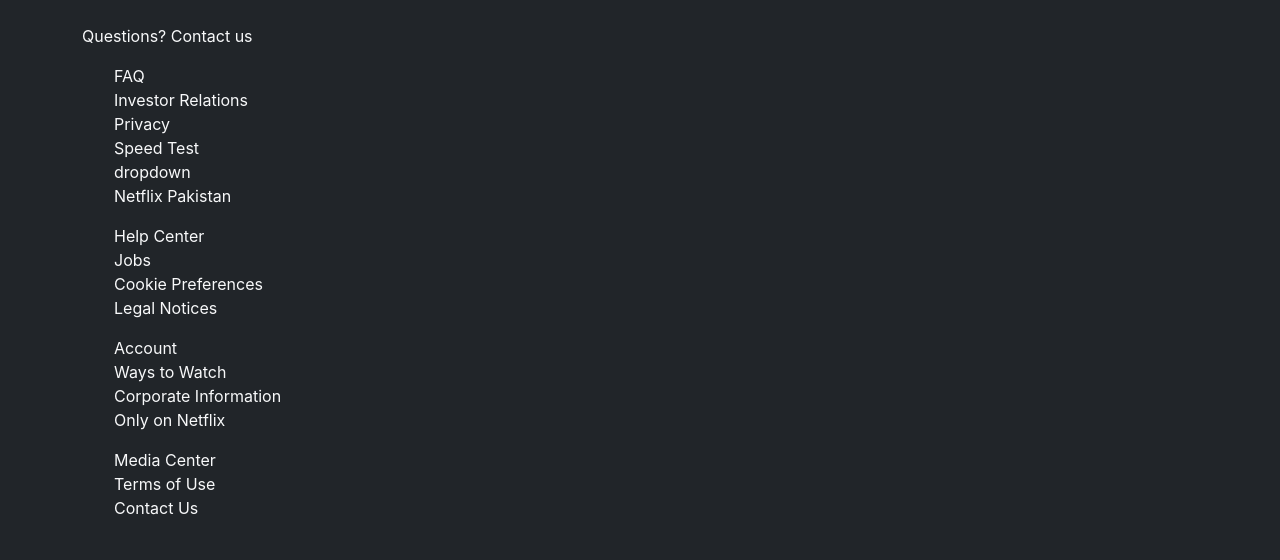
Repository: WajihaGul/Netflix-Clone
Page: /
An editor plug-in stored every save of this project. The page is shown before and after the next save, followed by the edit.
The browser window is 1280 px wide. The pictures show the part of the page from y = 621 to 1181 px (the page is 1181 px tall).
The project was rebuilt for these pictures with package versions that can differ from the ones it lists, and the page was loaded fresh each time. Also part of the build but not shown: src/App.css, src/Components/Navbar/Navbar.jsx.

Above is the page before, as saved 2024-05-24 14:28:25.

### public/index.html
<!DOCTYPE html>
<html lang="en">
  <head>
    <meta charset="utf-8" />
    <link rel="icon" href="https://encrypted-tbn0.gstatic.com/images?q=tbn:ANd9GcSJd82jZdXs8Uj9CX3mJFuRF27MZB7q_34xAg&s" />
    <meta name="viewport" content="width=device-width, initial-scale=1" />
    <meta name="theme-color" content="#000000" />
    <meta
      name="description"
      content="Web site created using create-react-app"
    />
    <link rel="apple-touch-icon" href="%PUBLIC_URL%/logo192.png" />
    <!--
      manifest.json provides metadata used when your web app is installed on a
      user's mobile device or desktop. See https://developers.google.com/web/fundamentals/web-app-manifest/
    -->
    <link rel="manifest" href="%PUBLIC_URL%/manifest.json" />
    <!--
      Notice the use of %PUBLIC_URL% in the tags above.
      It will be replaced with the URL of the `public` folder during the build.
      Only files inside the `public` folder can be referenced from the HTML.

      Unlike "/favicon.ico" or "favicon.ico", "%PUBLIC_URL%/favicon.ico" will
      work correctly both with client-side routing and a non-root public URL.
      Learn how to configure a non-root public URL by running `npm run build`.
    -->
    <title>Netflix- Watch TV Shows Online, Watch Movies Online</title>
  </head>
  <body>
    <noscript>You need to enable JavaScript to run this app.</noscript>
    <div id="root"></div>
    <!--
      This HTML file is a template.
      If you open it directly in the browser, you will see an empty page.

      You can add webfonts, meta tags, or analytics to this file.
      The build step will place the bundled scripts into the <body> tag.

      To begin the development, run `npm start` or `yarn start`.
      To create a production bundle, use `npm run build` or `yarn build`.
    -->
  </body>
</html>

### src/index.js
import "bootstrap/dist/css/bootstrap.min.css";
import React from "react";
import ReactDOM from "react-dom/client";
import "./index.css";
import App from "./App";
import reportWebVitals from "./reportWebVitals";

const root = ReactDOM.createRoot(document.getElementById("root"));
root.render(
  <React.StrictMode>
    <App />
  </React.StrictMode>
);

// If you want to start measuring performance in your app, pass a function
// to log results (for example: reportWebVitals(console.log))
// or send to an analytics endpoint. Learn more: https://bit.ly/CRA-vitals
reportWebVitals();

### src/App.js
import "./App.css";
import Footer from "./Components/Footer/Footer";
import Navbar from "./Components/Navbar/Navbar";
import SignupHere from "./Components/SignupHere/SignupHere";

function App() {
  return (
    <>
      <SignupHere />
      <Footer />
    </>
  );
}

export default App;

### src/Components/Footer/Footer.jsx
import React from "react";
import styles from "./Footer.module.css";
const Footer = () => {
  return (
    <footer className="bg-dark text-light py-4">
      <div className="container">
        <div className="row">
          <div className={styles.FooterHere}>
            <div className="col-lg-12">
              <p>Questions? Contact us </p>
              <ul>
                <li>FAQ</li>
                <li>Investor Relations</li>
                <li>Privacy</li>
                <li>Speed Test</li>
                dropdown
                <li>Netflix Pakistan</li>
              </ul>
            </div>

            <div className="col-lg-12">
              <ul>
                <li>Help Center</li>
                <li>Jobs</li>
                <li>Cookie Preferences</li>
                <li>Legal Notices</li>
              </ul>
            </div>

            <div className="col-lg-12 ">
              <ul>
                <li>Account</li>
                <li>Ways to Watch</li>
                <li>Corporate Information</li>
                <li>Only on Netflix</li>
              </ul>
            </div>

            <div className="col-lg-12 ">
              <ul>
                <li>Media Center</li>
                <li>Terms of Use</li>
                <li>Contact Us</li>
              </ul>
            </div>
          </div>
        </div>
      </div>
    </footer>
  );
};

export default Footer;

### src/Components/SignupHere/SignupHere.jsx
import styles from "./SignupHere.module.css";

const SignupHere = () => {
  return (
    <>
      <div className={styles.imgContainer}>
        <div className={`expand-lg bg-body-tertiary ${styles.navcontainer} `}>
          <h1>NETFLIX</h1>
          className={`expand-lg bg-body-tertiary ${styles.navcontainer} `}
          <div className="container-fluid">
            <a className={styles.brand} href="#">
              <span className={styles.navstyle}>NETFLIX</span>
            </a>

            <button className={styles.navbtn} type="submit">
              Sign in
            </button>
          </div>
          <div className={styles.SignupTextDiv}>
            <h1 className={styles.SignupText}>
              Unlimited movies, TV shows, and more
            </h1>
            <p className={styles.SignupText}>Watch anywhere. Cancel anytime.</p>
            <p className={styles.SignupText}>
              Ready to watch? Enter your email to create or restart your
              membership
            </p>
            <div>
              <input
                className={styles.SignupForm}
                type="email"
                id="email"
                name="email"
                placeholder="Enter your email"
                required
              />
              <button className={styles.SignUpBtn}>Get Started</button>
            </div>
          </div>
        </div>
      </div>
    </>
  );
};

export default SignupHere;

### src/Components/Footer/Footer.module.css
ul{
    list-style: none;
}
.FooterHere{

}

.container{
    display: flex;
    flex-direction: row;
}

### src/Components/SignupHere/SignupHere.module.css
.imgContainer{
    margin-top: -79px;
    height: 700px;
    width: 100%;
    background-image: url(https://assets.nflxext.com/ffe/siteui/vlv3/a99688ca-33c3-4099-9baa-07a2e2acb398/0279102c-4f3f-4ed2-a283-cce57434d595/PK-en-20240520-popsignuptwoweeks-perspective_alpha_website_large.jpg);
}


.navbtn {
    background: #e61c1c;
    color: white;
    /* padding: 4px 17px; */
    border-radius: 7px;
    border: none;
    font-size: medium;
    font-family: emoji;
    margin-left: 343px;
    margin-right: 343px;
    padding-top: 4px;
    padding-bottom: 4px;
    height: 32px;
    width: 71px;
    margin-top: 2px;
    margin-bottom: 2px;
}

.navstyle{
    color: red;
    font-size: xx-large;
    font-family: emoji;
    padding-left: 343px;
    padding-right: 343px;
    padding-top: 10px;
    padding-bottom: 10px;
}

.navcontainer{
    background-color: transparent !important;
}
.SignupText{
    color: white;
    align-items: center;
    justify-content: center;
    display: flex;
    flex-direction: column;
}
.SignupTextDiv{
    color: white;
    align-items: center;
    justify-content: center;
    display: flex;
    flex-direction: column;
    margin-top: 170px;
}
.SignupForm{
    width: 284px;
    height: 42px;
    background: #e2dfdf;
}
.SignUpBtn{
    background: red;
    color: white;
    height: 40px;
    width: 143px;
    margin: 4px;
    /* border-radius: 7px; */
    border: none;
    font-size: larger;
}

Loaded but not shown: src/index.css (common file); src/reportWebVitals.js (common file)

After the next save:
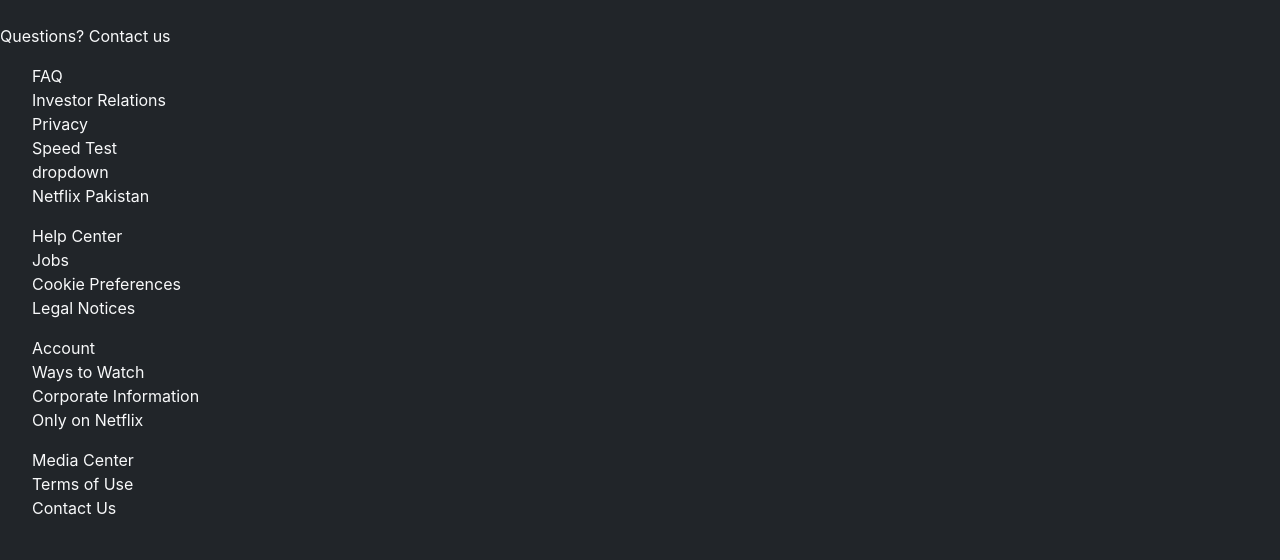
Saved 1 s later.
--- a/src/Components/Footer/Footer.jsx
+++ b/src/Components/Footer/Footer.jsx
@@ -3,7 +3,7 @@
 const Footer = () => {
   return (
     <footer className="bg-dark text-light py-4">
-      <div className="container">
+      <div className={styles.container}>
         <div className="row">
           <div className={styles.FooterHere}>
             <div className="col-lg-12">
